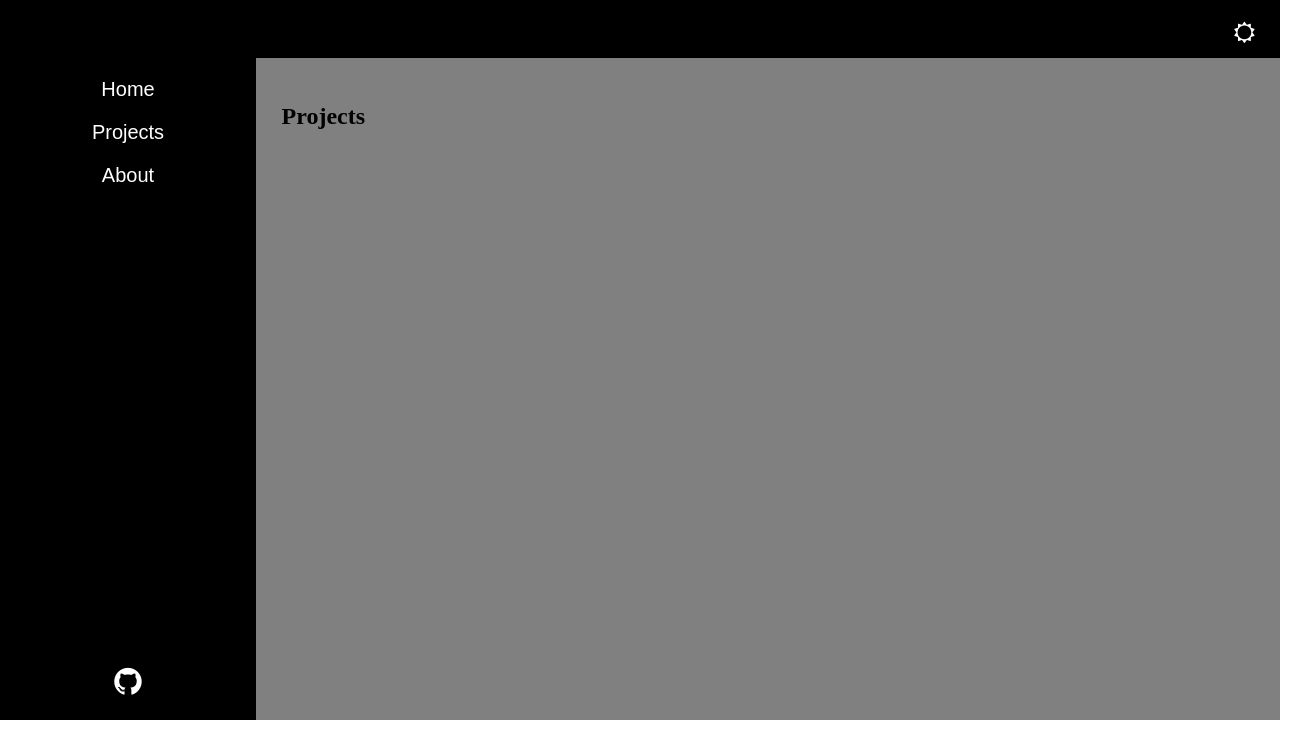
Repository: josephinel6/josephinel6.github.io
Page: index.html
The author's editor kept a copy of each file at every save. The page is drawn from the files as they stood at one save, then again after the next save.
The browser window is 1280 px wide. The page is 1306 px wide, then 1280 px, so the pictures cover 1306 px, including what lies to the right of the window. The pictures show the whole page.

Above is the page before, as saved 2023-04-05 08:43:18.

### index.html
<!DOCTYPE html>
<html>

<head>
    <style>
        :root.light {
            --color-bg: white;
            --color-menu-text: black;
            --color-page-bg: darkgray;
            --color-obj-bg: gray;
            --color-title-text: black;
            --color-gen-text: black;
        }

        :root.dark {
            --color-bg: black;
            --color-menu-text: white;
            --color-page-bg: gray;
            --color-obj-bg: darkgray;
            --color-title-text: white;
            --color-gen-text: white;
        }

        /* :root {
            --color-bg: black;
        } */

        html,
        body {
            /* height: 100%;
            width: 100%; */
            height: 100vh;
            margin: 0;
            position: relative;
            /* border-color: blue;
            border-radius: 10px;
            border-style: solid; */
            padding: 0;
        }

        #menu {
            height: 100%;
            width: 20%;
            position: absolute;
            z-index: 1;
            top: 0;
            bottom: 0;
            background-color: var(--color-bg);
        }

        #topbar {
            width: 100%;
            height: 8%;
            background-color: var(--color-bg);
            position: absolute;
        }

        .menutext {
            color: var(--color-menu-text);
            font-family: sans-serif;
            font-size: 20px;
        }

        .fa-github {
            color: var(--color-menu-text);
        }

        #window {
            background-color: var(--color-page-bg);
            position: absolute;
            height: 92%;
            width: 80%;
            right: 0;
            bottom: 0;
        }

        .tabcontent {
            height: 100%;
            width: 100%;
            position: absolute;

            margin-top: 2.5%;
            margin-left: 2.5%;
        }

        .projectbutton {
            /* height: 175px; */
            width: 95%;
            position: absolute;
            background-color: var(--color-obj-bg);
            border-radius: 10px;
            font-family: sans-serif;
            font-size: 30px;
        }

        .projectbuttontitle {
            margin-left: 3%;
            margin-top: 3%;
            margin-bottom: -1.5%;
            color: var(--color-title-text);
        }

        #day-night {
            color: var(--color-menu-text);
            z-index: 2;
            position: absolute;
            top: 25px;
            right: 25px;
        }

        .projectbuttondesc {
            font-family: sans-serif;
            font-size: 20px;
            margin: 3%;
            color: var(--color-gen-text);
        }

        /* .fa-2x {
            height: 20px !important;
        } */
    </style>
    <link rel="stylesheet" href="https://cdnjs.cloudflare.com/ajax/libs/font-awesome/4.7.0/css/font-awesome.min.css">
    <script type="module" src="https://cdn.jsdelivr.net/gh/zerodevx/zero-md@2/dist/zero-md.min.js"></script>
    <script type="module" src="https://md-block.verou.me/md-block.js"></script>
</head>

<body>
    <div id="menu">
        <div style="position:absolute; top: 8%; width: 100%; text-align: center;">

            <p class="menutext" onclick="openpage('homepage')"> Home </p>
            <p class="menutext" onclick="openpage('projectbuttons')"> Projects </p>
            <p class="menutext" onclick="openpage('aboutpage')"> About </p>

        </div>

        <div style="position:absolute; bottom:3%; width: 100%; text-align: center;">
            <a href="https://github.com/josephinel6" class="fa fa-github fa-2x" style="text-decoration: none;"></a>
        </div>
    </div>
    <div id="topbar">
        <i onclick="daynight()" class="fa fa-sun-o fa-lg" id="day-night"></i>
    </div>
    <div id="window">
        <div id="homepage" class="tabcontent">
            <h2> Projects </h2>
        </div>
        <div id="projectbuttons" class="tabcontent">
            <div class="projectbutton" onclick="openpage('weatherAPI')">
                <h2 class="projectbuttontitle"> Weather API </h2>
                <p class="projectbuttondesc"> Lorem ipsum dolor sit amet, consectetur adipiscing elit. Nulla finibus
                    tincidunt neque, efficitur condimentum ligula
                    tincidunt a. Phasellus eu ligula aliquet, laoreet tortor a, ultrices turpis. Cras viverra, magna sit
                    amet efficitur
                    faucibus, lectus nulla aliquet tellus, dictum rutrum magna dolor ut mauris. </p>
            </div>
        </div>
        <zero-md src="https://josephinel6.github.io/weatherAPI.md" class="tabcontent" id="weatherAPI"></zero-md>
        <div class="tabcontent" id="aboutpage">
            <zero-md src="https://josephinel6.github.io/about.md"></zero-md>
        </div>
        <script>
            var night;

            window.onload = function () {
                var night = true;
                document.documentElement.classList.remove("light")
                document.documentElement.classList.add("dark")
                window.localStorage.setItem('mode', 'dark');
                console.log("dark")
                tabcontent = document.getElementsByClassName("tabcontent");
                for (i = 0; i < tabcontent.length; i++) {
                    tabcontent[i].style.display = "none";
                }
                document.getElementById("homepage").style.display = "block";
            }

            function openpage(pageName) {
                var i, tabcontent, tablinks;
                tabcontent = document.getElementsByClassName("tabcontent");
                for (i = 0; i < tabcontent.length; i++) {
                    tabcontent[i].style.display = "none";
                }
                tablinks = document.getElementsByClassName("tablink");
                for (i = 0; i < tablinks.length; i++) {
                    tablinks[i].style.backgroundColor = "";
                }
                document.getElementById(pageName).style.display = "block";

                document.body.scrollTop = 0;
                document.documentElement.scrollTop = 0;
            }

            function daynight() {
                var daynight = document.getElementById("day-night");
                if (night == true) {
                    daynight.classList.remove("fa-sun-o");
                    daynight.classList.add("fa-moon-o");
                    night = false;
                    document.documentElement.classList.remove("dark")
                    document.documentElement.classList.add("light")
                    window.localStorage.setItem('mode', 'light');
                }
                else {
                    daynight.classList.remove("fa-moon-o");
                    daynight.classList.add("fa-sun-o");
                    night = true;
                    document.documentElement.classList.remove("light")
                    document.documentElement.classList.add("dark")
                    window.localStorage.setItem('mode', 'dark');
                }
            }
        </script>

</body>

</html>

After the next save:
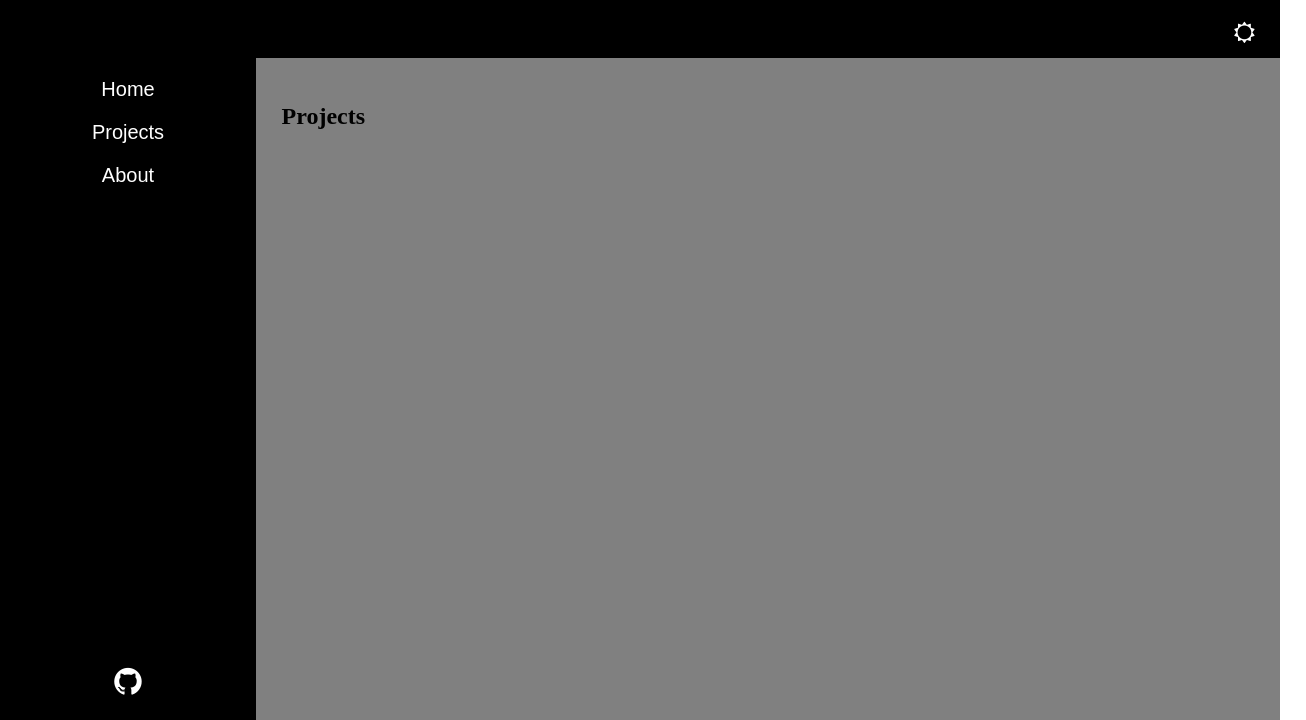
Saved 26 s later.
--- a/index.html
+++ b/index.html
@@ -27,9 +27,9 @@
 
         html,
         body {
-            /* height: 100%;
-            width: 100%; */
-            height: 100vh;
+            height: 100%;
+            width: 100%;
+            overflow: hidden;
             margin: 0;
             position: relative;
             /* border-color: blue;
